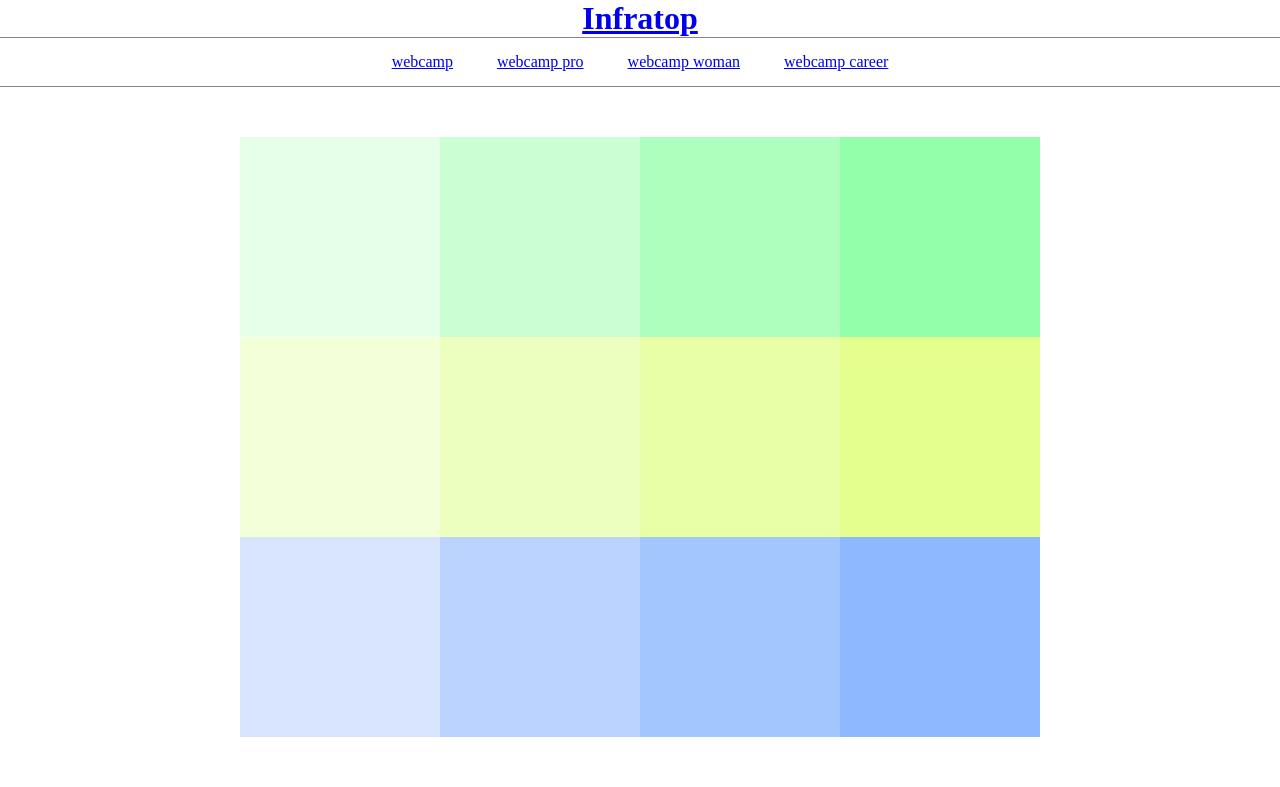
Repository: arisa6/html-practice
Page: hapter5_exercise/index.html
The author's editor kept a record of every edit. The page is drawn from the files as they stood at one moment, then again after the next edit.
The browser window is 1280 px wide. The pictures show the whole page.

Above is the page before.

After the next edit:
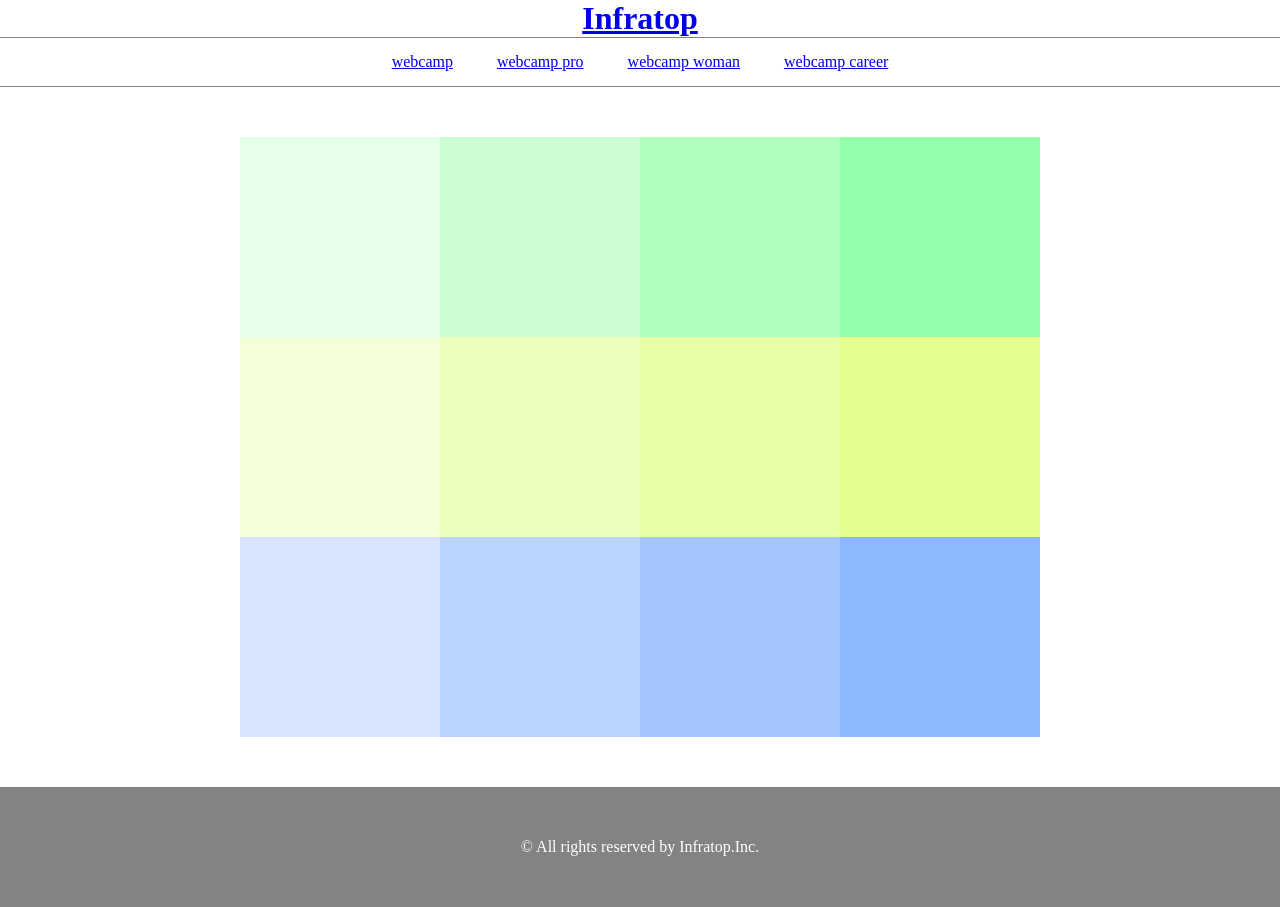
The edit:
--- a/hapter5_exercise/index.html
+++ b/hapter5_exercise/index.html
@@ -45,4 +45,8 @@
        <div class="box12"></div>
     </div>
 
+    <footer>
+        <p class="footer-text"><p class="footer-text">© All rights reserved by Infratop.Inc.</p>
+    </footer>
+
     </body>
